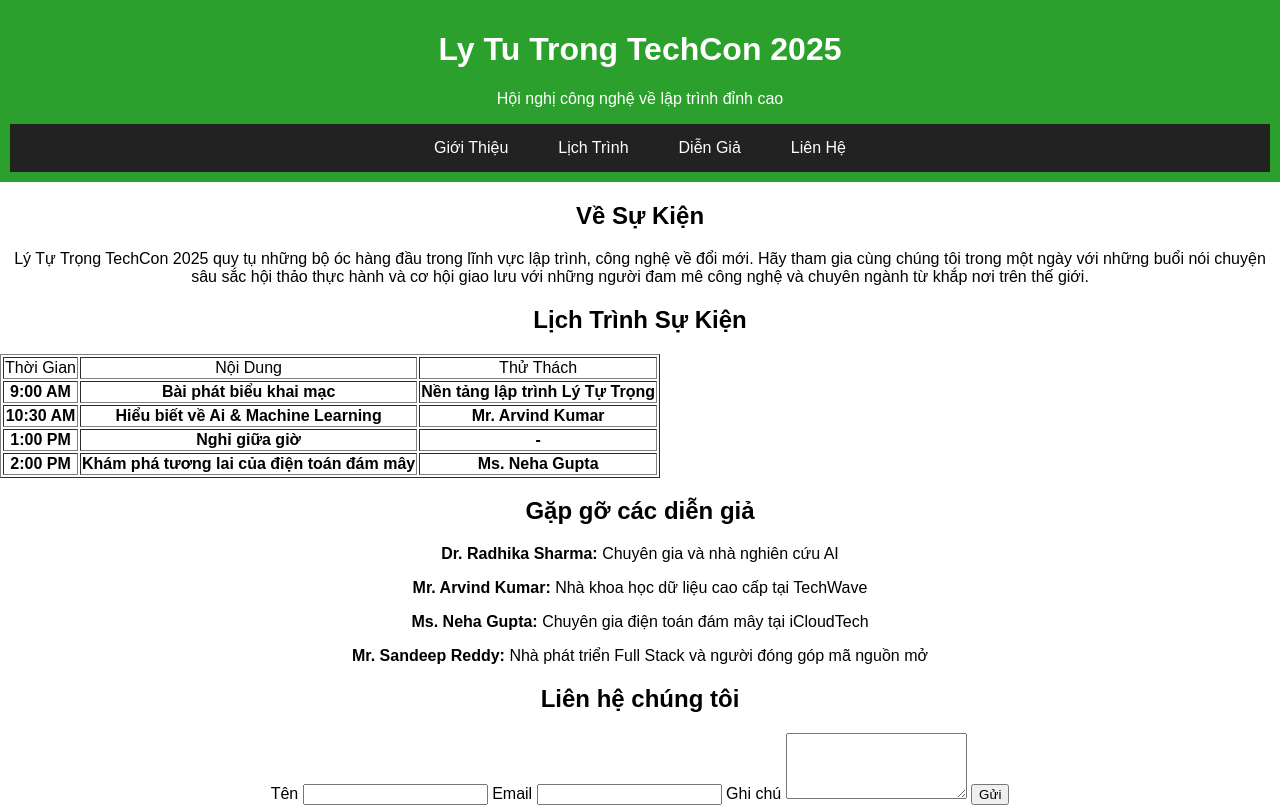
Repository: NhatMinh121/BaiTapVeNha1
Page: index.html
These files come from the project's save history. The page is drawn as it stood at one moment and after the next save; the edit follows.
The browser window is 1280 px wide. The pictures show the whole page.

Above is the page before, as saved 2025-03-28 22:55:37.

### index.html
<!DOCTYPE html>
<html lang="en">

<head>
    <meta charset="UTF-8">
    <meta name="viewport" content="width=device-width, initial-scale=1.0">
    <title>Lý Tự Trọng TechCon 2025</title>
    <link rel="stylesheet" href="style.css">
</head>

<body>
    <header>
        <h1>Ly Tu Trong TechCon 2025</h1>
        <p>Hội nghị công nghệ về lập trình đỉnh cao</p>
        <div class="menu">
            <nav>
                <ul>
                    <li>Giới Thiệu</li>
                    <li>Lịch Trình</li>
                    <li>Diễn Giả</li>
                    <li>Liên Hệ</li>
                </ul>
            </nav>
        </div>

    </header>
    <main>
        <div class="main-event">
            <h2>Về Sự Kiện</h2>
            <p>Lý Tự Trọng TechCon 2025 quy tụ những bộ óc hàng đầu trong lĩnh vực lập trình, công nghệ về đổi mới. Hãy tham gia cùng chúng tôi trong một ngày với những buổi nói chuyện sâu sắc hội thảo thực hành và cơ hội giao lưu với những người đam mê
                công nghệ và chuyên ngành từ khắp nơi trên thế giới.</p>
        </div>
        <div class="main-schedule">
            <h2>Lịch Trình Sự Kiện</h2>
            <table border="1">
                <tr>
                    <td>Thời Gian</td>
                    <td>Nội Dung</td>
                    <td>Thử Thách</td>
                </tr>
                <tr>
                    <th>9:00 AM</th>
                    <th>Bài phát biểu khai mạc</th>
                    <th>Nền tảng lập trình Lý Tự Trọng</th>
                </tr>
                <tr>
                    <th>10:30 AM</th>
                    <th>Hiểu biết về Ai & Machine Learning</th>
                    <th>Mr. Arvind Kumar</th>
                </tr>
                <tr>
                    <th>1:00 PM</th>
                    <th>Nghỉ giữa giờ</th>
                    <th>-</th>
                </tr>
                <tr>
                    <th>2:00 PM</th>
                    <th>Khám phá tương lai của điện toán đám mây</th>
                    <th>Ms. Neha Gupta</th>
                </tr>
            </table>
        </div>
        <div class="Meeting">
            <h2>Gặp gỡ các diễn giả</h2>
            <p><strong>Dr. Radhika Sharma:</strong> Chuyên gia và nhà nghiên cứu AI</p>
            <p><strong>Mr. Arvind Kumar:</strong> Nhà khoa học dữ liệu cao cấp tại TechWave</p>
            <p><strong>Ms. Neha Gupta:</strong> Chuyên gia điện toán đám mây tại iCloudTech</p>
            <p><strong>Mr. Sandeep Reddy:</strong> Nhà phát triển Full Stack và người đóng góp mã nguồn mở</p>
        </div>
    </main>

    <footer>
        <div class="footer-contract">
            <h2>Liên hệ chúng tôi</h2>
            <form action="#" method="post">
                <label for="name">Tên</label>
                <input type="text" id="name" name="name" required>
                <label for="email">Email</label>
                <input type="email" id="email" name="email" required>
                <label for="message">Ghi chú</label>
                <textarea id="message" name="message" rows="4" required></textarea>
                <button type="submit" value="Gửi">Gửi</button>
            </form>
        </div>

    </footer>

</body>

### style.css
body {
    margin: 0;
    padding: 0;
    box-sizing: border-box;
    font-family: Arial, sans-serif;
    text-align: center;
}

header {
    background-color: #2ca02c;
    color: white;
    padding: 10px;
    text-align: center;
}

.menu {
    background-color: #222;
    padding: 10px 5px;
}

.menu ul {
    list-style: none;
    padding: 0;
    margin: 0;
    display: flex;
    justify-content: center;
    gap: 20px;
}

.menu ul li {
    color: white;
    text-decoration: none;
    font-size: 16px;
    cursor: pointer;
    padding: 5px 15px;
    transition: background 0.3s;
}

.menu ul li:hover {
    background-color: #444;
    border-radius: 5px;
}

After the next save:
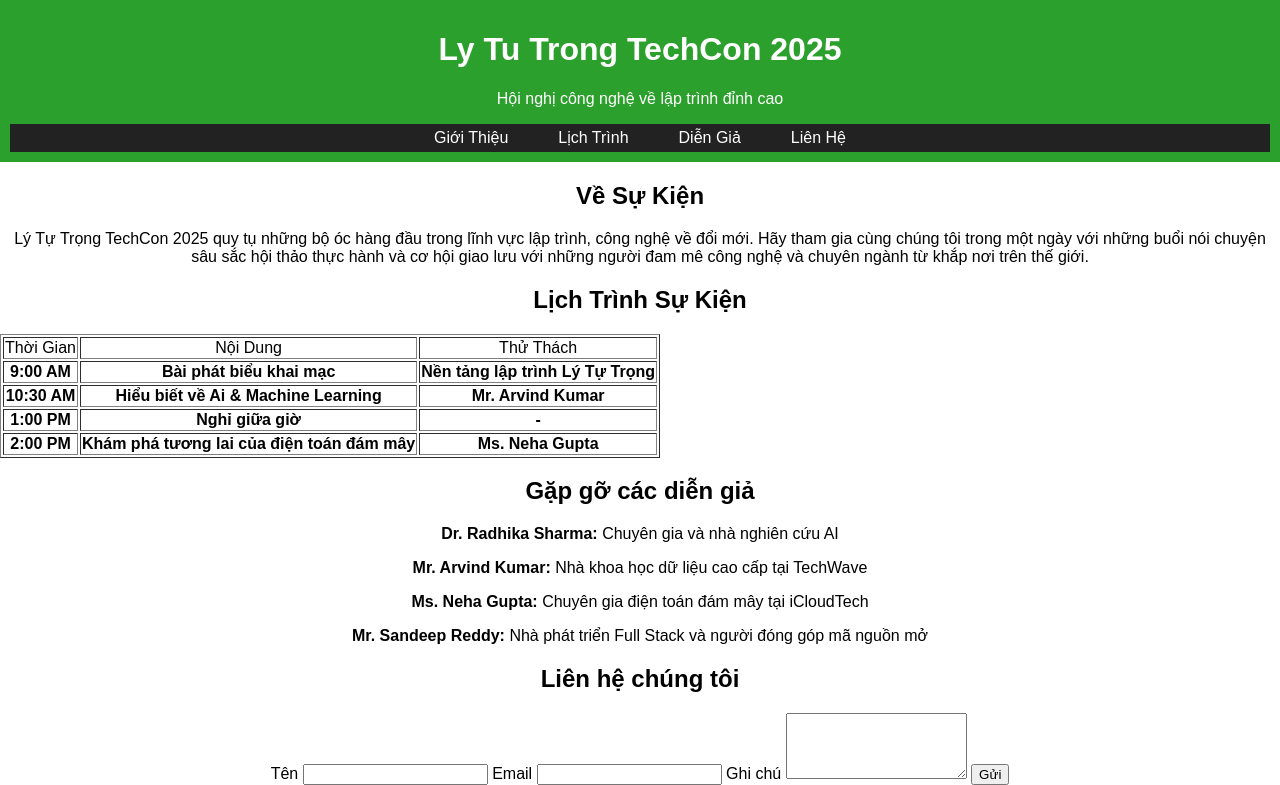
Saved 4 s later.
--- a/style.css
+++ b/style.css
@@ -15,7 +15,7 @@ header {
 
 .menu {
     background-color: #222;
-    padding: 10px 5px;
+    padding: 10px 5px 10;
 }
 
 .menu ul {
